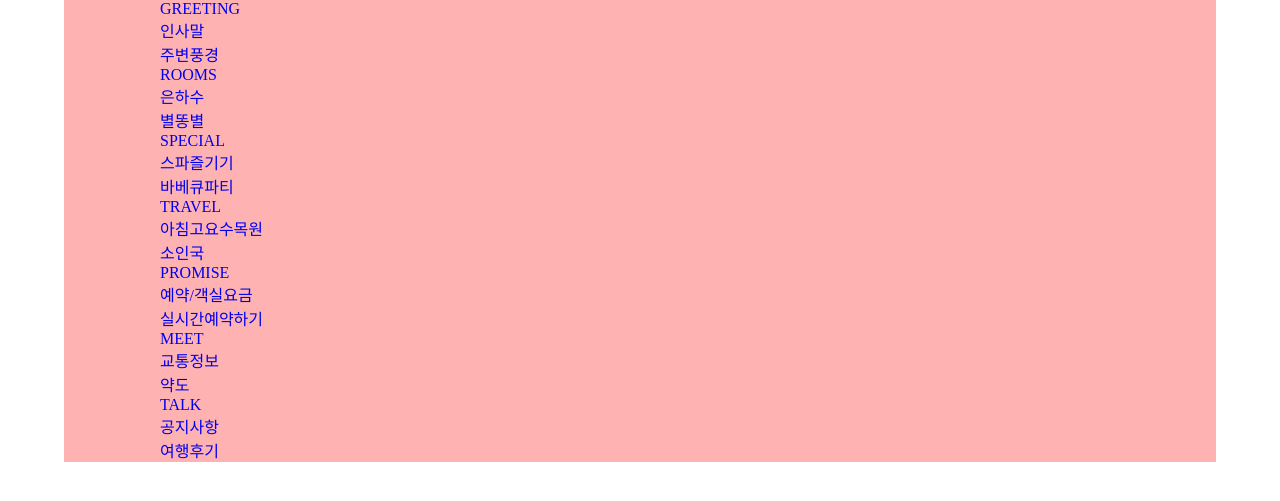
Repository: hojohe/bit-java
Page: 07_css/WebContent/15_menu/menu1.html
An editor plug-in stored every save of this project. The page is shown before and after the next save, followed by the edit.
The browser window is 1280 px wide. The pictures show the whole page.

Above is the page before, as saved 2017-01-25 03:23:33.

### 07_css/WebContent/15_menu/menu1.html
<!DOCTYPE html>
<html>
<head>
<meta charset="utf-8">
<title>메뉴만들기 - 1</title>
<link rel="stylesheet" style="text/css" href="menu1.css" />
</head>
<body>
<div class="container">
    <ul class="mainLnb">
        <li><a href="#">GREETING</a>
            <ul>
                <li><a href="#">인사말</a></li>
                <li><a href="#">주변풍경</a></li>
            </ul>
        </li>
        <li><a href="#">ROOMS</a>
            <ul>
                <li><a href="#">은하수</a></li>
                <li><a href="#">별똥별</a></li>
            </ul>
        </li>
        <li><a href="#">SPECIAL</a>
            <ul>
                <li><a href="#">스파즐기기</a></li>
                <li><a href="#">바베큐파티</a></li>
            </ul>
        </li>
        <li><a href="#">TRAVEL</a>
            <ul>
                <li><a href="#">아침고요수목원</a></li>
                <li><a href="#">소인국</a></li>
            </ul>
        </li>
        <li><a href="#">PROMISE</a>
            <ul>
                <li><a href="#">예약/객실요금</a></li>
                <li><a href="#">실시간예약하기</a></li>
            </ul>
        </li>
        <li><a href="#">MEET</a>
            <ul>
                <li><a href="#">교통정보</a></li>
                <li><a href="#">약도</a></li>
            </ul>
        </li>
        <li><a href="#">TALK</a>
            <ul>
                <li><a href="#">공지사항</a></li>
                <li><a href="#">여행후기</a></li>
            </ul>
        </li>
    </ul>
</div>
</body>
</html>

### 07_css/WebContent/15_menu/menu1.css
@CHARSET "EUC-KR";

* { margin: 0px; padding: 0px; }

.container {
	width: 90%;
	margin: 0 auto;
	background: rgba(255,0,0,0.3);
}

a {	text-decoration: none; transition: .7s; }

li { list-style: none; }

ul.mainLnb { width:960px;  margin: 0 auto; background-color: }

After the next save:
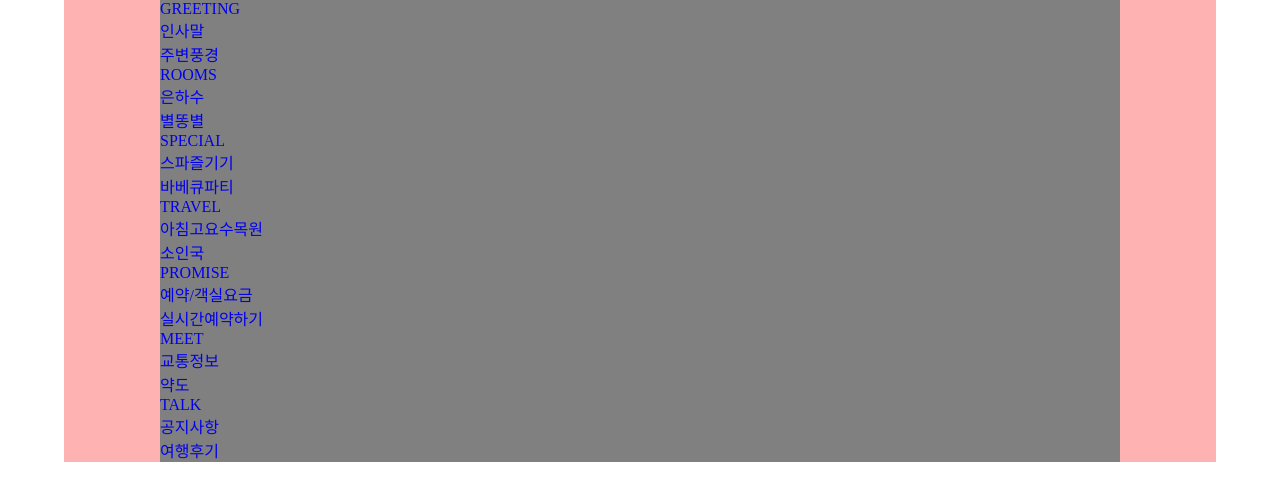
Saved 8 s later.
--- a/07_css/WebContent/15_menu/menu1.css
+++ b/07_css/WebContent/15_menu/menu1.css
@@ -12,4 +12,4 @@
 
 li { list-style: none; }
 
-ul.mainLnb { width:960px;  margin: 0 auto; background-color: }
+ul.mainLnb { width:960px;  margin: 0 auto; background-color: gray;}

After the save that followed:
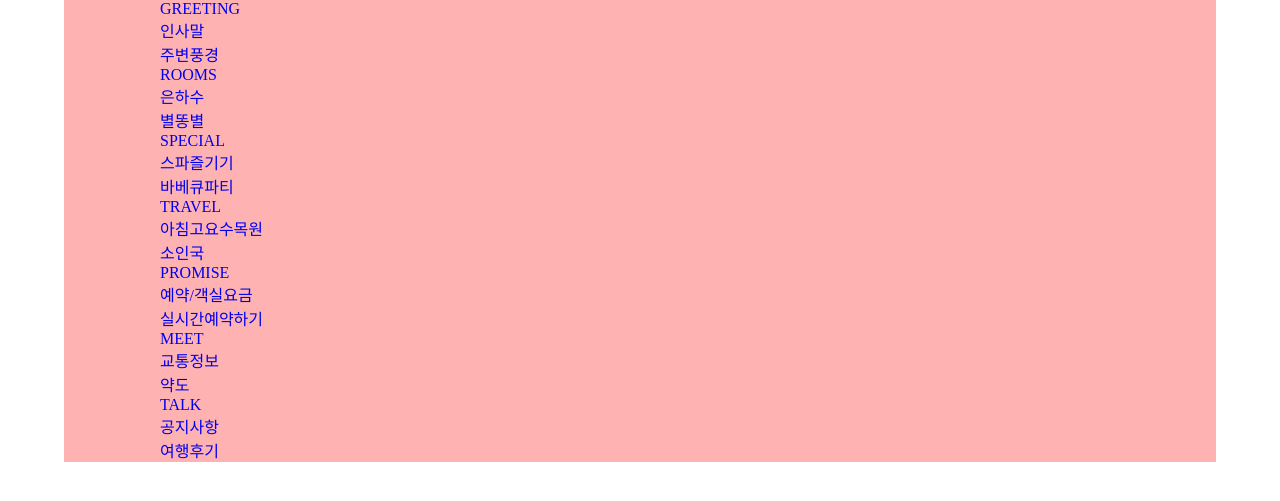
Saved 16 s later.
--- a/07_css/WebContent/15_menu/menu1.css
+++ b/07_css/WebContent/15_menu/menu1.css
@@ -12,4 +12,4 @@
 
 li { list-style: none; }
 
-ul.mainLnb { width:960px;  margin: 0 auto; background-color: gray;}
+ul.mainLnb { width:960px;  margin: 0 auto; }
